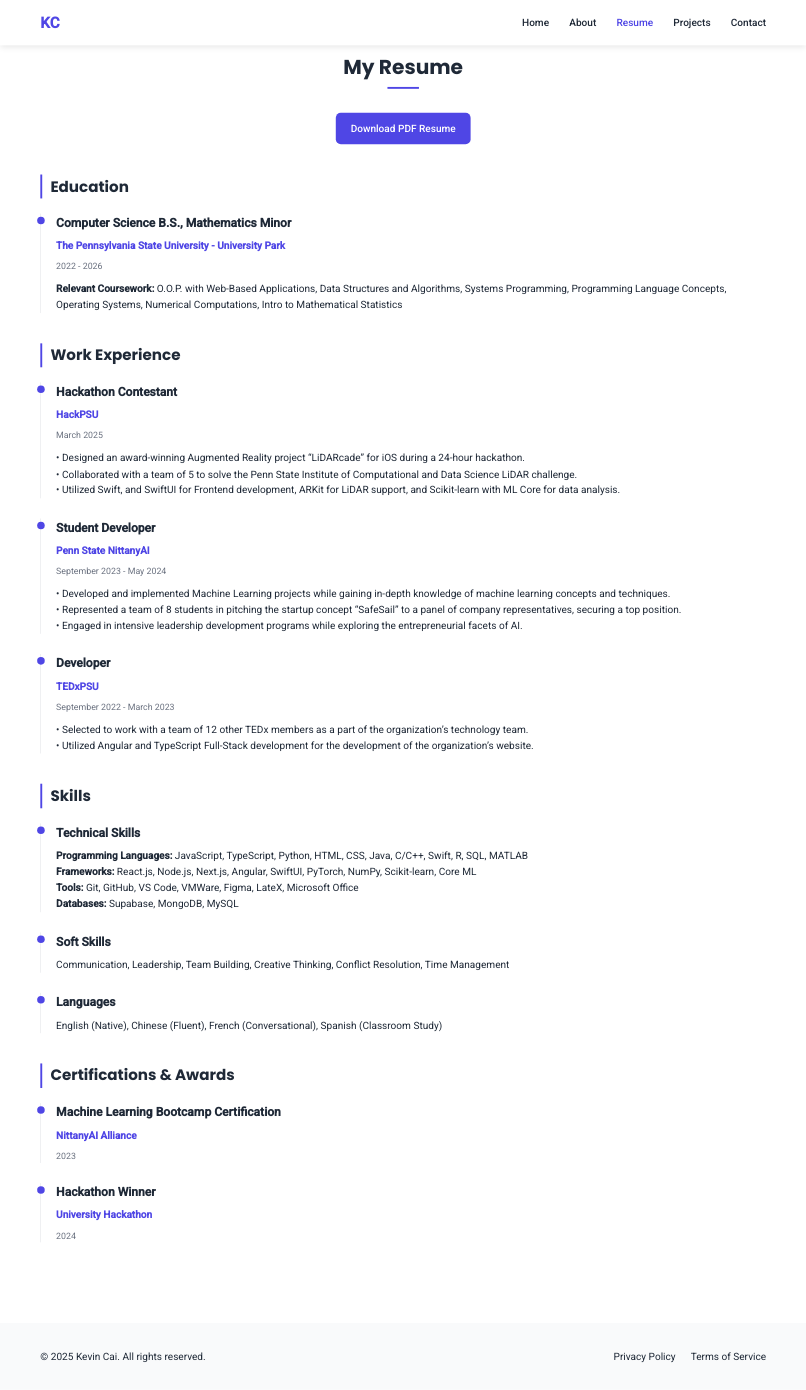
Repository: itskevbo/E-Portfolio
Page: pages/resume.html
An editor plug-in stored every save of this project. The page is shown before and after the next save, followed by the edit.
The browser window is 1280 px wide. The pictures show the whole page, at 63% of full size.

Above is the page before, as saved 2025-04-15 00:29:15.

After the next save:
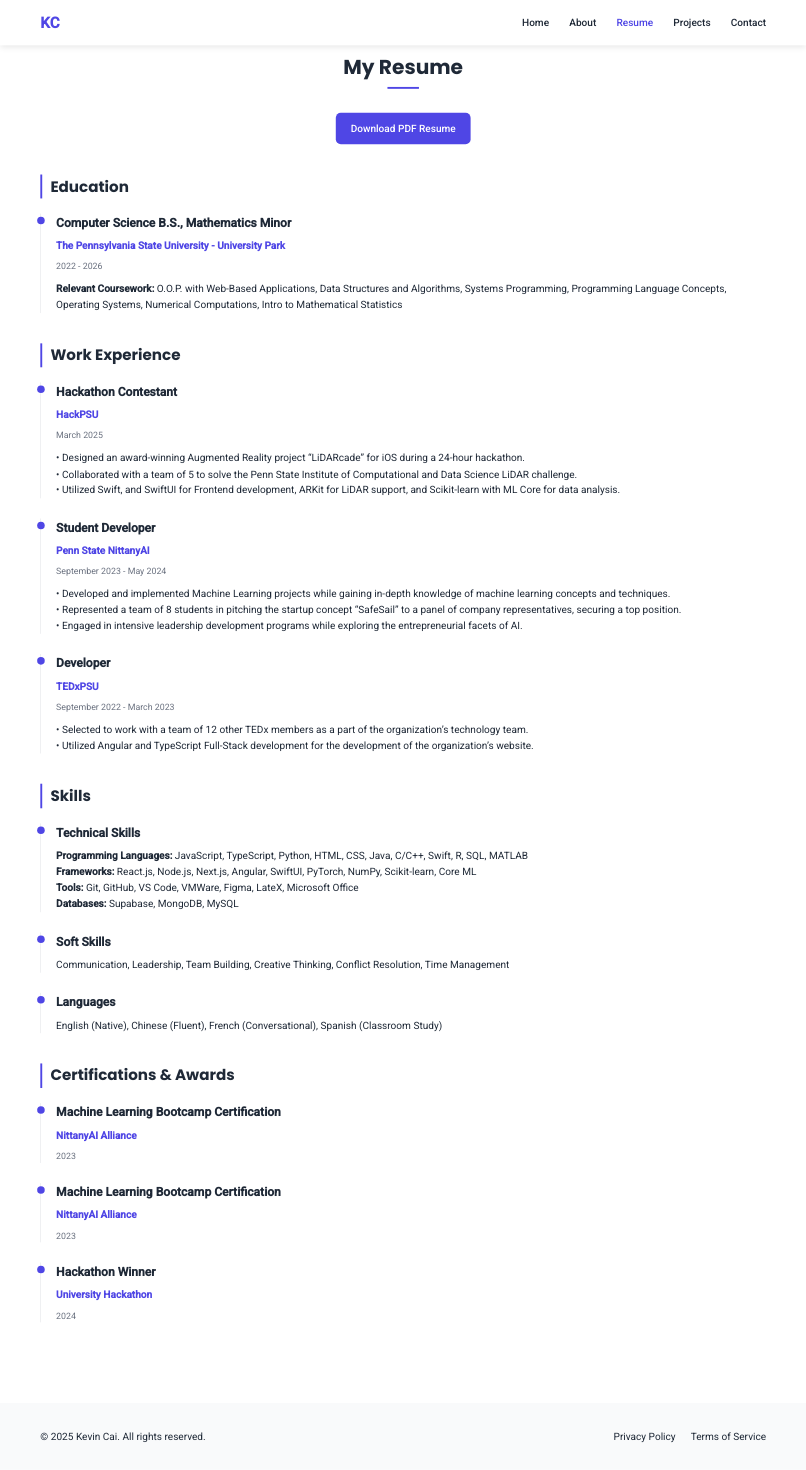
Saved 10 s later.
--- a/pages/resume.html
+++ b/pages/resume.html
@@ -213,6 +213,12 @@
                     </div>
 
                     <div class="resume-item">
+                        <h4 class="resume-item__title">Machine Learning Bootcamp Certification</h4>
+                        <h5 class="resume-item__subtitle">NittanyAI Alliance</h5>
+                        <p class="resume-item__date">2023</p>
+                    </div>
+
+                    <div class="resume-item">
                         <h4 class="resume-item__title">Hackathon Winner</h4>
                         <h5 class="resume-item__subtitle">University Hackathon</h5>
                         <p class="resume-item__date">2024</p>
